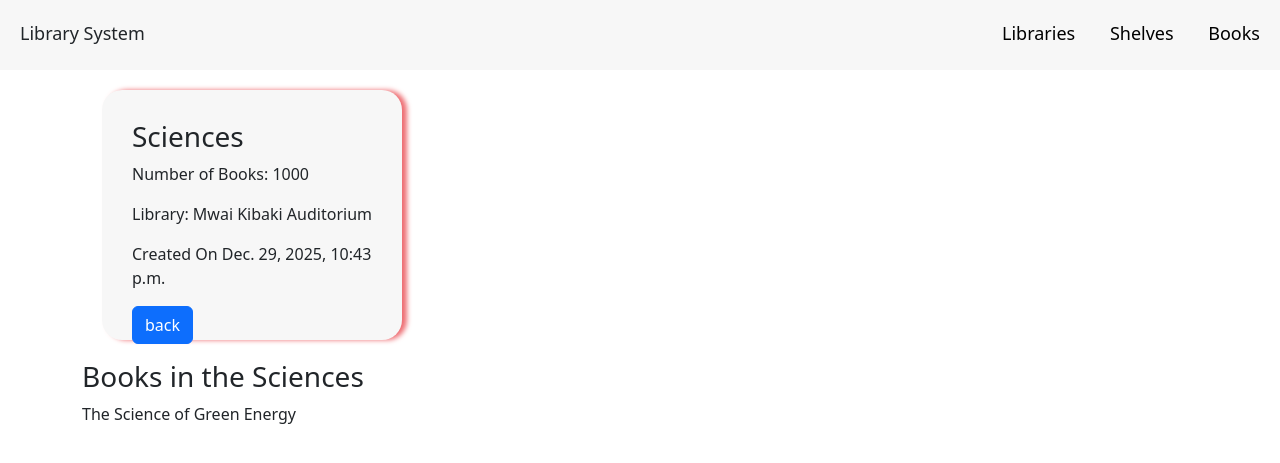
Repository: Mbote-Joseph/Library-Shelves-Books-Managements
Page: http://localhost/shelf-details/1
An editor plug-in stored every save of this project. The page is shown before and after the next save, followed by the edit.
The browser window is 1280 px wide. The pictures show the whole page.
The page is served by the project's application, run on Django 5.2 (manage.py). Other server files are loaded and not shown. The page reads the database file committed with the project.

Above is the page before, as saved 2026-01-01 20:05:01.

### books/templates/books/shelf_detailview.html
{% extends "base.html" %}

{% block title %}
    {{shelf.name}}
{% endblock %}


{% block content %}
<div class="container">
    <div class="shelf">
            <h3> {{shelf.label}} </h3>
            <p> Number of Books:  {{shelf.books_capacity}} </p>
            <p> Library:  {{shelf.library.name}} </p>
            <p> Created On {{shelf.created_on}} </p>
            <a class="btn btn-primary" href="{% url 'shelves' %}"> back  </a>
        </div>

        {% if books %}
        <h3> Books in the {{shelf.label}} </h3>
            {% for book in books %}
            <p> {{book.title}} </p>

            {% endfor %}

        {% else %}
            <p> No books </p>
        {% endif %}

</div>
{% endblock %}

### static/templates/base.html
{% load static %}
<!doctype html>
<html lang="en">
  <head>
    <meta charset="utf-8">
    <meta name="viewport" content="width=device-width, initial-scale=1">
    <title>
        {% block title %}

        {% endblock %}
    </title>
    <link href="https://cdn.jsdelivr.net/npm/bootstrap@5.3.8/dist/css/bootstrap.min.css" rel="stylesheet" integrity="sha384-sRIl4kxILFvY47J16cr9ZwB07vP4J8+LH7qKQnuqkuIAvNWLzeN8tE5YBujZqJLB" crossorigin="anonymous">
    <link rel="stylesheet" type='text/css' href="{% static 'css/styles.css' %}">
  </head>
  <body>
    <nav class="nav">
      <span> Library System </span>
      <span>
        <ul>
          <a href="{% url 'libraries' %}"> Libraries </a>
          <a href="{% url 'shelves' %}"> Shelves </a>
          <a href="{% url 'books' %}"> Books </a>
        </ul>
      </span>

    </nav>

    {% block content %}

    {% endblock %}


    <script src="https://cdn.jsdelivr.net/npm/bootstrap@5.3.8/dist/js/bootstrap.bundle.min.js" integrity="sha384-FKyoEForCGlyvwx9Hj09JcYn3nv7wiPVlz7YYwJrWVcXK/BmnVDxM+D2scQbITxI" crossorigin="anonymous"></script>
  </body>
</html>

### books/models.py
from django.db import models

# Create your models here.
class Library(models.Model):
    name = models.CharField(max_length=50)
    students_capacity = models.IntegerField()
    location = models.CharField(max_length=100)
    created_on = models.DateTimeField(auto_now_add=True)

    def __str__(self):
        return f"{self.name} - {self.location}"

class Shelf(models.Model):
    label = models.CharField(max_length=50)
    books_capacity = models.CharField()
    library = models.ForeignKey(Library, on_delete=models.CASCADE, related_name='shelves')
    created_on = models.DateTimeField(auto_now_add=True)

    def __str__(self):
        return f"{self.label} On {self.library} Library"

class Book(models.Model):
    title = models.CharField(max_length=100)
    author = models.CharField(max_length=100)
    isbn = models.CharField(max_length=10)
    description = models.TextField()
    is_published = models.BooleanField(default=False)
    is_new = models.BooleanField(default=False)
    shelf = models.ForeignKey(Shelf, on_delete=models.CASCADE, related_name='books')

    def __str__(self):
        return f"{self.title} By {self.author}"

### books/views.py
from django.shortcuts import render
from django.views.generic import ListView, DetailView, CreateView

from books.forms import  BookForm, LibraryForm, ShelfForm

from .models import Library, Shelf, Book

# Create your views here.
class LibraryListView(ListView):
    model = Library
    context_object_name = "libraries"
    queryset = Library.objects.all()
    template_name = 'books/library_view.html'

class ShelfListView(ListView):
    model = Shelf
    context_object_name = "shelves"
    queryset = Shelf.objects.all()
    template_name = 'books/shelf_view.html'


class BookListView(ListView):
    model = Book
    context_object_name = "books"
    queryset = Book.objects.all()
    template_name = 'books/book_view.html'

class LibraryDetailView(DetailView):
    model = Library
    context_object_name = 'library'
    template_name = "books/library_detailview.html"

    def get_context_data(self, **kwargs):
        context = super().get_context_data(**kwargs)
        context['shelves'] = self.object.shelves.all()
        return context

class ShelfDetailView(DetailView):
    model = Shelf
    context_object_name = 'shelf'
    template_name = 'books/shelf_detailview.html'

    def get_context_data(self, **kwargs):
        context = super().get_context_data(**kwargs)
        context['books'] = self.object.books.all()
        return context

class BookDetailView(DetailView):
    model = Book
    context_object_name = 'book'
    template_name = 'books/book_detailview.html'

class LibraryCreate(CreateView):
    model = Library
    context_object_name = 'library'
    form_class = LibraryForm
    http_method_names = ['get', 'post', 'put', 'patch', 'delete', 'head', 'options', 'trace']
    template_name = "books/library_form.html"
    success_url = 'libraries'


class ShelfCreate(CreateView):
    model = Shelf
    context_object_name = 'shelf'
    form_class = ShelfForm
    http_method_names = ['get', 'post', 'put', 'patch', 'delete', 'head', 'options', 'trace']
    template_name = "books/shelf_form.html"
    success_url = 'shelf'

class BookCreate(CreateView):
    model = Book
    form_class = BookForm
    context_object_name = 'book'
    http_method_names = ['get', 'post', 'put', 'patch', 'delete', 'head', 'options', 'trace']
    template_name = 'books/book_form.html'
    success_url = 'book'

### learn/urls.py
"""
URL configuration for learn project.

The `urlpatterns` list routes URLs to views. For more information please see:
    https://docs.djangoproject.com/en/6.0/topics/http/urls/
Examples:
Function views
    1. Add an import:  from my_app import views
    2. Add a URL to urlpatterns:  path('', views.home, name='home')
Class-based views
    1. Add an import:  from other_app.views import Home
    2. Add a URL to urlpatterns:  path('', Home.as_view(), name='home')
Including another URLconf
    1. Import the include() function: from django.urls import include, path
    2. Add a URL to urlpatterns:  path('blog/', include('blog.urls'))
"""
from django.contrib import admin
from django.urls import path, include

urlpatterns = [
    path('admin/', admin.site.urls),
    path('', include('books.urls'))
]

### books/urls.py
from django.urls import path

from books.views import BookCreate, BookDetailView, BookListView, LibraryDetailView, LibraryListView, ShelfCreate, ShelfDetailView, ShelfListView, LibraryCreate

urlpatterns = [
    path('', LibraryListView.as_view(), name = 'libraries'),
    path('libraries', LibraryListView.as_view(), name = 'libraries'),
    path('shelf', ShelfListView.as_view(), name = 'shelves'),
    path('book', BookListView.as_view(), name="books"),
    path("library-details/<int:pk>", LibraryDetailView.as_view(), name="library.details"),
    path('shelf-details/<int:pk>', ShelfDetailView.as_view(), name="shelf.details"),
    path("book-details/<int:pk>", BookDetailView.as_view(), name = "book.details"),
    path('library-create', LibraryCreate.as_view(), name="library.create"),
    path('shelf-create', ShelfCreate.as_view(), name="shelf.create"),
    path('book-create', BookCreate.as_view(), name="book.create"),
]

### static/css/styles.css
/**
 * Copyright 2025 josephmbote
 *
 * Licensed under the Apache License, Version 2.0 (the "License");
 * you may not use this file except in compliance with the License.
 * You may obtain a copy of the License at
 *
 *     https://www.apache.org/licenses/LICENSE-2.0
 *
 * Unless required by applicable law or agreed to in writing, software
 * distributed under the License is distributed on an "AS IS" BASIS,
 * WITHOUT WARRANTIES OR CONDITIONS OF ANY KIND, either express or implied.
 * See the License for the specific language governing permissions and
 * limitations under the License.
 */

.nav{
    left: 0;
    top: 0;
    width: 100%;
    background-color: #f7f7f7;
    font-size: large;
    font-style: 'Times New Roman';
    height: 70px;
    padding: 20px;
    display: flex;
    justify-content: space-between;
}
.nav a{
    margin-left: 30px;
    text-decoration: none;
    color: black;
}

.library {
    min-width: 300px;
    /* min-width: 200px; */
    height: 250px;
    /* max-height: 400px; */
    background-color: #f7f7f7;
    box-shadow: 5px 0 5px 0 #ee6e73;
    border: none;
    margin: 20px;
    padding: 30px;
    border-radius: 20px;
}

.cards{
    display: flex;
    flex-wrap: wrap;

}

.shelf {
    width: 300px;
    /* min-width: 200px; */
    height: 250px;
    /* max-height: 400px; */
    background-color: #f7f7f7;
    box-shadow: 5px 0 5px 0 #ee6e73;
    border: none;
    margin: 20px;
    padding: 30px;
    border-radius: 20px;
}

.book {
    width: 300px;
    /* min-width: 200px; */
    height: 300px;
    /* max-height: 400px; */
    background-color: #f7f7f7;
    box-shadow: 5px 0 5px 0 #ee6e73;
    border: none;
    margin: 20px;
    padding: 30px;
    border-radius: 20px;
}

### db.sqlite3 (the tables this page reads, as SQL)
CREATE TABLE "books_book" ("id" integer NOT NULL PRIMARY KEY AUTOINCREMENT, "title" varchar(100) NOT NULL, "author" varchar(100) NOT NULL, "isbn" varchar(10) NOT NULL, "description" text NOT NULL, "is_published" bool NOT NULL, "is_new" bool NOT NULL, "shelf_id" bigint NOT NULL REFERENCES "books_shelf" ("id") DEFERRABLE INITIALLY DEFERRED);
INSERT INTO "books_book" VALUES
(1, 'The Science of Green Energy', 'Joseph Mbote', 'qwe1234', 'The Book that describes how the world energy can be recycled', 1, 0, 1),
(2, 'Maths for Science', 'Audery Bii', 'MfS001', 'Mathematics for Science Volume 2 New Edition', 0, 0, 2),
(3, 'Gifted Hands', 'Ben Carson', 'BC001', 'The book that talk on the Gifts , Talents and Career', 0, 0, 3);

CREATE TABLE "books_library" ("id" integer NOT NULL PRIMARY KEY AUTOINCREMENT, "name" varchar(50) NOT NULL, "students_capacity" integer NOT NULL, "location" varchar(100) NOT NULL, "created_on" datetime NOT NULL);
INSERT INTO "books_library" VALUES
(1, 'Mwai Kibaki Auditorium', 100, 'Administration Block', '2025-12-29 22:41:55.696199'),
(2, 'Nelson Mandela Anex', 85, 'NSC', '2025-12-29 22:42:34.244470'),
(3, 'JM Kariuku Wing', 75, 'SCC Department', '2025-12-30 11:00:04.766333'),
(4, 'Joseph Mbote STEM Library', 56, 'Technology House', '2025-12-31 18:37:10.968556'),
(5, 'Computer Science Library', 50, 'SCC', '2025-12-31 18:39:11.248294'),
(6, 'Grade 1', 20, 'Nairobi Annex', '2025-12-31 18:41:43.779190');

CREATE TABLE "books_shelf" ("id" integer NOT NULL PRIMARY KEY AUTOINCREMENT, "label" varchar(50) NOT NULL, "books_capacity" varchar NOT NULL, "created_on" datetime NOT NULL, "library_id" bigint NOT NULL REFERENCES "books_library" ("id") DEFERRABLE INITIALLY DEFERRED);
INSERT INTO "books_shelf" VALUES
(1, 'Sciences', '1000', '2025-12-29 22:43:06.109364', 1),
(2, 'Maths', '500', '2025-12-30 11:05:21.466271', 3),
(3, 'Website for Emirati-heritage-artifact.rf.gd', '1000', '2025-12-31 18:53:06.133470', 1),
(4, 'Sciences', '1000', '2025-12-31 19:54:00.426027', 2),
(5, 'Sciences', '1000', '2025-12-31 19:54:25.057330', 2);

After the next save:
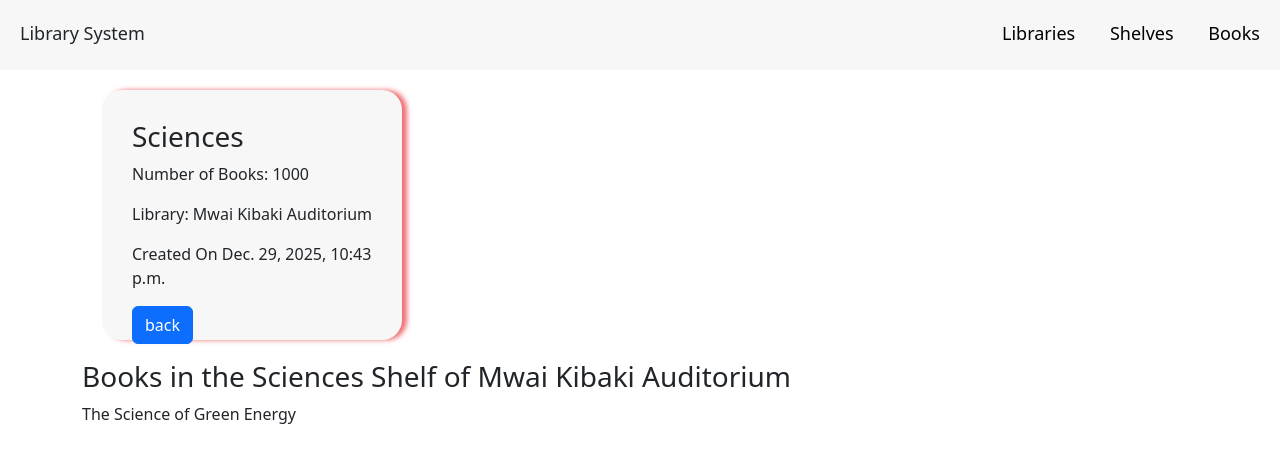
Saved 35 s later.
--- a/books/templates/books/shelf_detailview.html
+++ b/books/templates/books/shelf_detailview.html
@@ -16,7 +16,7 @@
         </div>
 
         {% if books %}
-        <h3> Books in the {{shelf.label}} </h3>
+        <h3> Books in the {{shelf.label}} Shelf of {{shelf.library.name }} </h3>
             {% for book in books %}
             <p> {{book.title}} </p>
 
